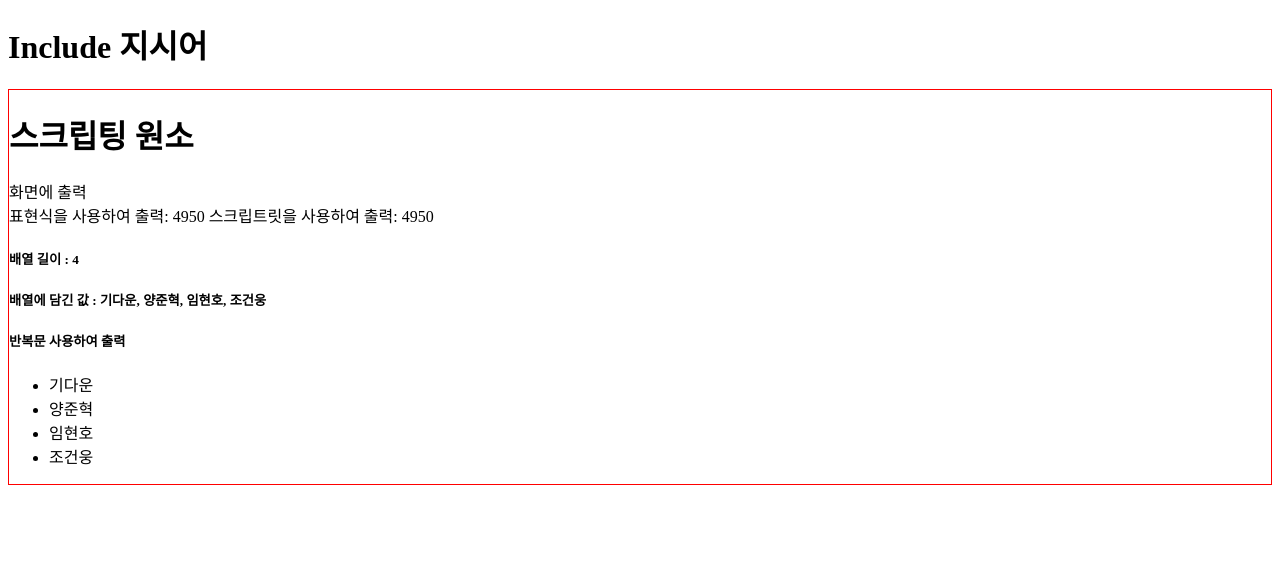
Repository: hailey-516/servlet
Page: http://localhost/2_jsp/views/03_directiveInclude.jsp
The author's editor kept a copy of each file at every save. The page is drawn from the files as they stood at one save, then again after the next save.
The browser window is 1280 px wide. The pictures show the whole page.
The page is served by Tomcat 9.

Above is the page before, as saved 2024-08-23 05:14:17.

### 2_jsp/src/main/webapp/views/03_directiveInclude.jsp
<%@ page language="java" contentType="text/html; charset=UTF-8"
    pageEncoding="UTF-8"%>
<!DOCTYPE html>
<html>
<head>
<meta charset="UTF-8">
<title>Include 지시어</title>
</head>
<body>
	<h1>Include 지시어</h1>
	<div style="border: 1px solid red;">
		<%@ include file="01_ScriptingElement.jsp" %>
	</div>
</body>
</html>

### 2_jsp/src/main/webapp/views/01_ScriptingElement.jsp
<%@ page language="java" contentType="text/html; charset=UTF-8"
    pageEncoding="UTF-8"%>
<!DOCTYPE html>
<html>
<head>
<meta charset="UTF-8">
<title>Scripting Element</title>
</head>
<body>
	<h1>스크립팅 원소</h1>

    <!-- HTML 주석 : 브라우저의 개발자 도구 탭에서 노출됨 -->
    <%-- JSP 주석 : 브라우저의 개발자 도구 탭에서 노출되지 않음 --%>

    <%
        // 스크립트릿 : 해당 영역에서는 일반적인 자바코드 작성
        //              (변수 선언, 초기화, 제어문 등)

        int sum = 0;
        for(int i=1; i<100; i++) {
            sum += i;
        }
    %>

    <p>
        화면에 출력 <br>
        표현식을 사용하여 출력: <%= sum %>
        스크립트릿을 사용하여 출력: <% out.println(sum); %>
        <%-- out : JSP 내장객체 (PrintWriter 타입) --%>
    </p>

    <%
        String[] pArr = {"기다운", "양준혁", "임현호", "조건웅"};
    %>

    <h5>배열 길이 : <%= pArr.length %></h5>
    <h5>배열에 담긴 값 : <%= String.join(", ", pArr) %></h5>

    <h5>반복문 사용하여 출력</h5>
    <ul>
        <% for(int i=0; i<pArr.length; i++) { %>
            <li><%= pArr[i] %></li>
        <% } %>

        <%--
        <% for(String p : pArr) { %>
            <li> <%= p %> </li>
            <% } %>
        --%>
    </ul>
</body>
</html>

After the next save:
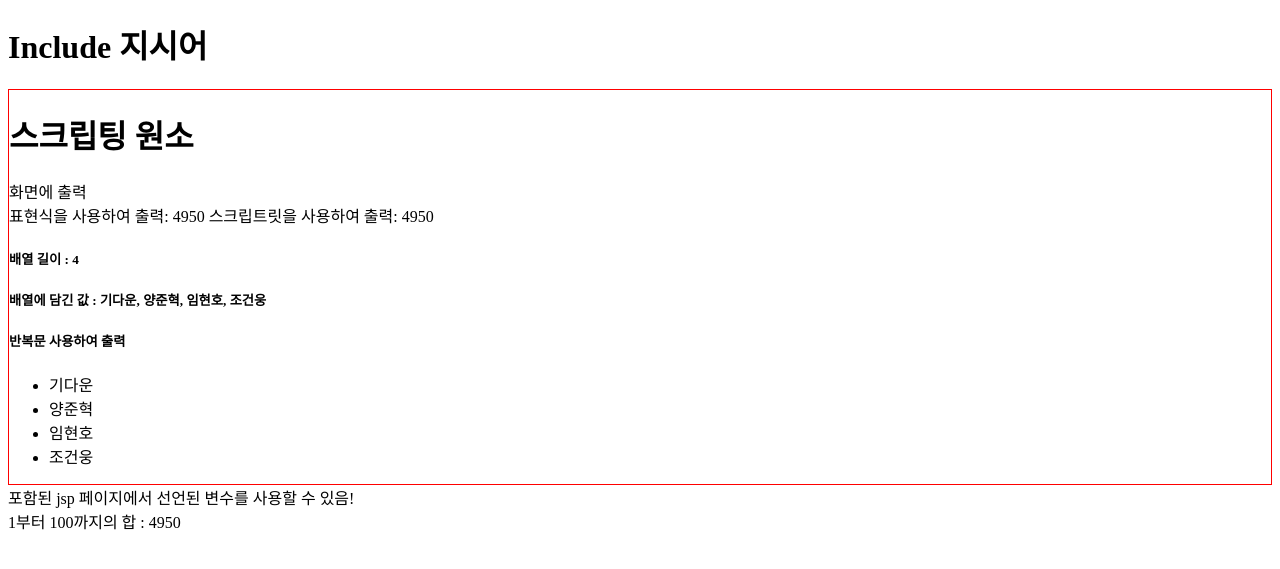
Saved 11 s later.
--- a/2_jsp/src/main/webapp/views/03_directiveInclude.jsp
+++ b/2_jsp/src/main/webapp/views/03_directiveInclude.jsp
@@ -11,5 +11,9 @@
 	<div style="border: 1px solid red;">
 		<%@ include file="01_ScriptingElement.jsp" %>
 	</div>
+
+	포함된 jsp 페이지에서 선언된 변수를 사용할 수 있음! <br>
+	1부터 100까지의 합 : <%= sum %>
+
 </body>
 </html>
